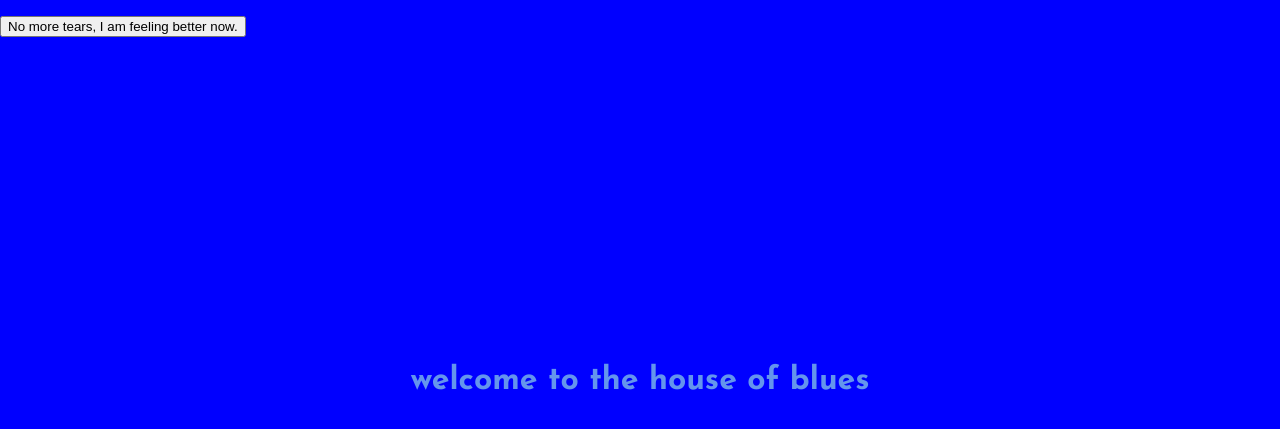
Repository: olivia-clarkeedwards/house-of-blues
Page: index.html
The author's editor kept a copy of each file at every save. The page is drawn from the files as they stood at one save, then again after a run of saves.
The browser window is 1280 px wide. The pictures show the whole page.

Above is the page before, as saved 2023-02-16 12:40:26.

After the next 3 saves:
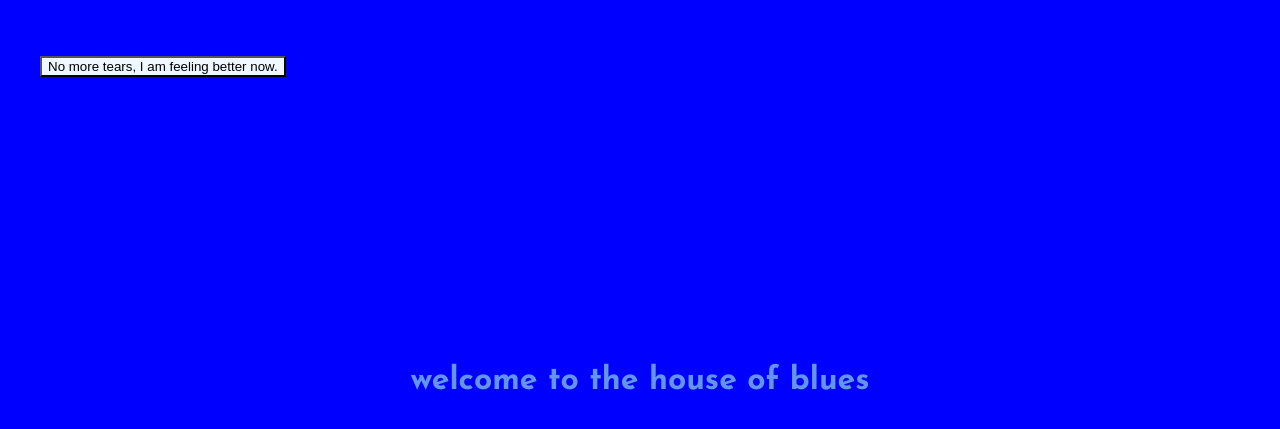
The 3 saves are shown as one change because they came seconds apart.
The last was saved 11 s later.
--- a/main.css
+++ b/main.css
@@ -25,7 +25,7 @@
 }
 
 button{
-  margin
+  margin:40px;
   background-color: aliceblue;
 }
 
